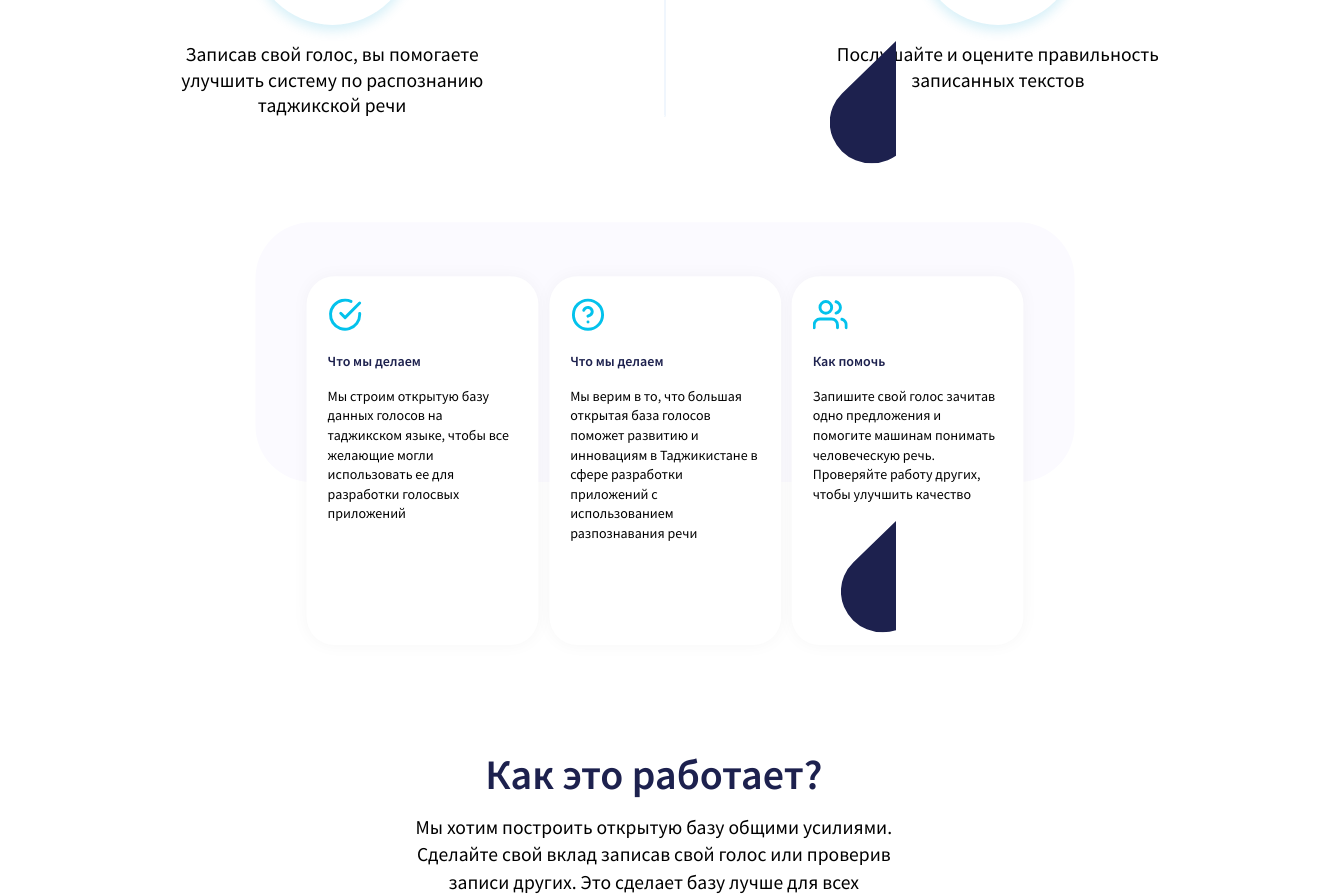
Repository: Amin444/Paymona-Sadp
Page: index.html
An editor plug-in stored every save of this project. The page is shown before and after a run of saves, followed by the edit.
The browser window is 1280 px wide. The page is 1900 px wide, so the pictures cover 1900 px, including what lies to the right of the window. The pictures show the part of the page from y = 682 to 1962 px (the page is 1962 px tall), at 70% of full size.

Above is the page before, as saved 2021-11-11 18:20:10.

After the next 3 saves:
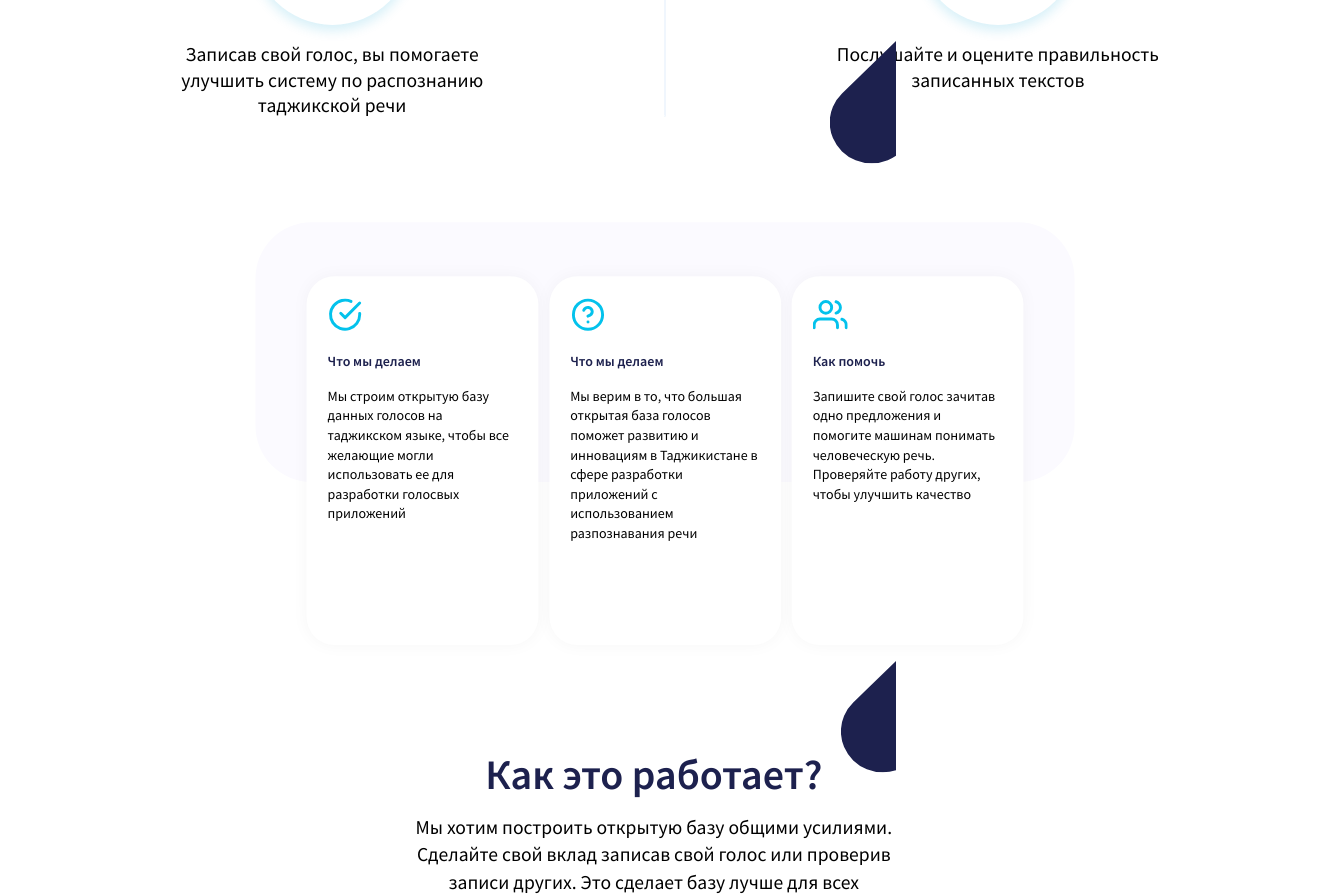
The 3 saves are shown as one change because they came seconds apart.
The last was saved 9 s later.
--- a/style.css
+++ b/style.css
@@ -191,7 +191,7 @@ hr{
 }
 .qwe2{
   position: absolute;
-  top: 1220px;
+  top: 1420px;
   right: 0;
   transform: rotate(180deg);
 }
